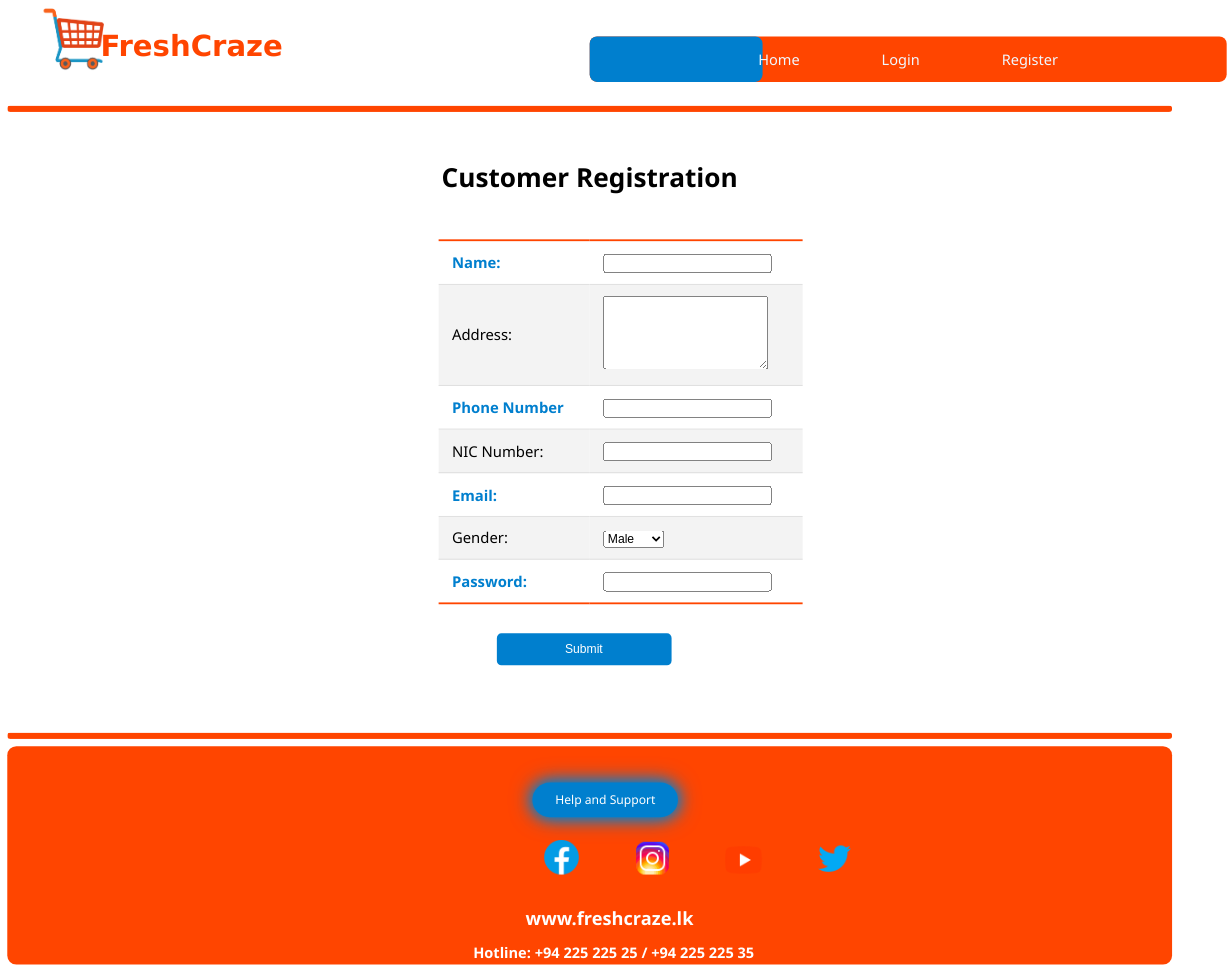
Repository: chamarac2002/FreshCraze
Page: http://localhost/CustomerDemo/customerinsert.jsp
An editor plug-in stored every save of this project. The page is shown before and after the next save, followed by the edit.
The browser window is 1280 px wide. The page is 1348 px wide, then 1288 px, so the pictures cover 1348 px, including what lies to the right of the window. The pictures show the whole page, at 91% of full size.
The page is served by Tomcat 9. Nobody is signed in. The application's start-up code is not run.

Above is the page before, as saved 2024-05-11 09:05:21.

After the next save:
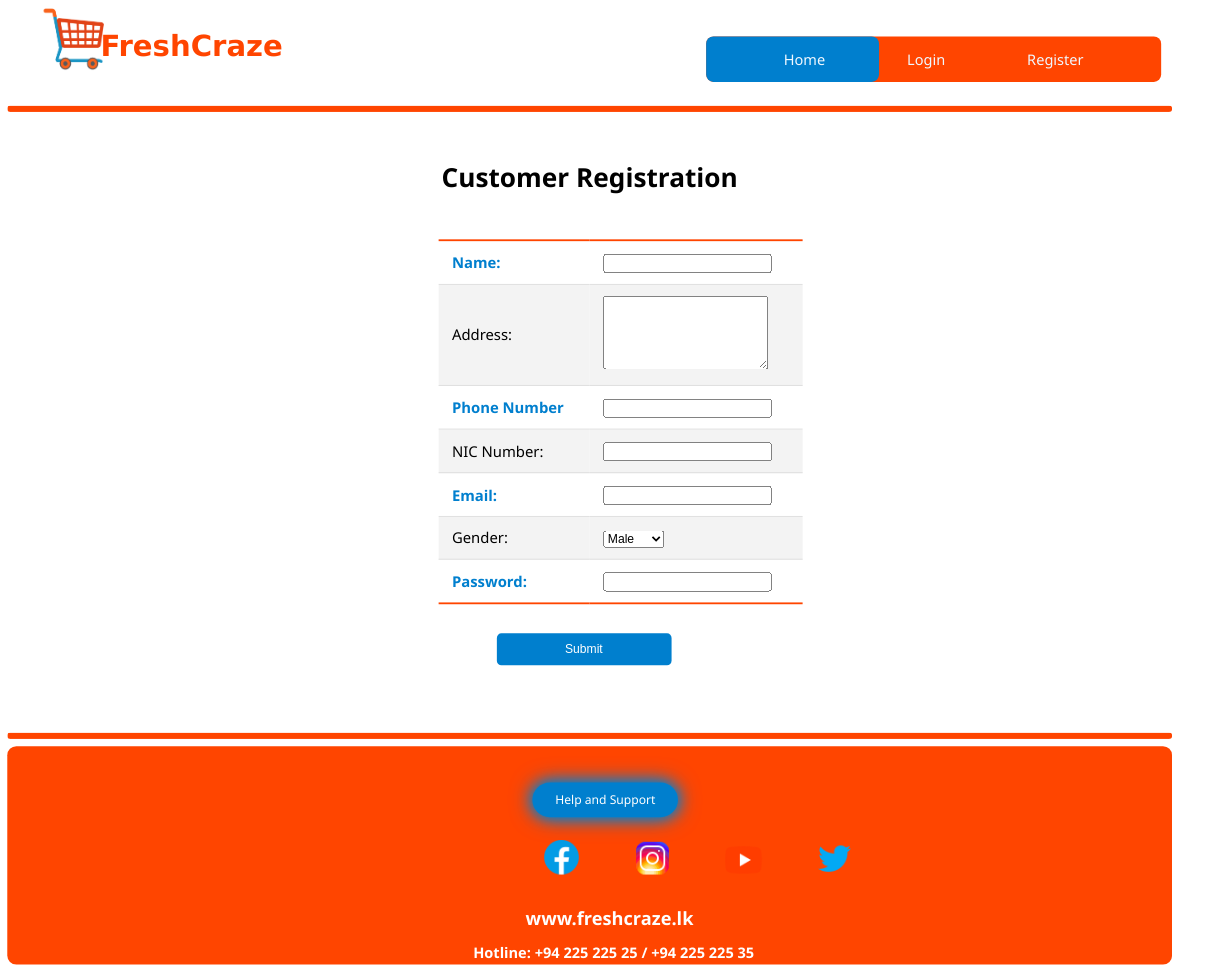
Saved 60 s later.
--- a/CustomerDemo/src/main/webapp/Styles/insertStyle.css
+++ b/CustomerDemo/src/main/webapp/Styles/insertStyle.css
@@ -12,16 +12,6 @@
     margin-left: 3%;
 }
 
-.user{
-    width: 60px;
-    height: 60px;
-    margin-left: 35%;
-    background-color: rgb(0, 127, 206);
-    border-radius: 30px;
-}
-
-
-
 .logo_topic{
     font-family: verdana;
     margin-left: 8%;
@@ -30,7 +20,7 @@
 }
 
 .navbar{
-    margin-left:50%;
+    margin-left:60%;
     margin-top:-4%;
     padding: 0;
     box-sizing: border-box;
@@ -43,7 +33,7 @@
     position:relative;
     background-color: orangered;
     border-radius: 8px;
-    width: 700px;
+    width: 500px;
     height: 50px;
     display: flex;
 }
@@ -72,22 +62,17 @@
 
 nav a:nth-child(1):hover~span{
     left: 0;
-    width: 190px;
+    width: 180px;
 }
 
 nav a:nth-child(2):hover~span{
-    left: 190px;
-    width: 150px;
+    left: 180px;
+    width: 130px;
 }
 
 nav a:nth-child(3):hover~span{
-    left:330px;
-    width: 150px;
-}
-
-nav a:nth-child(4):hover~span{
-    left: 470px;
-    width: 230px;
+    left:320px;
+    width: 180px;
 }
 
 .topic_line{
